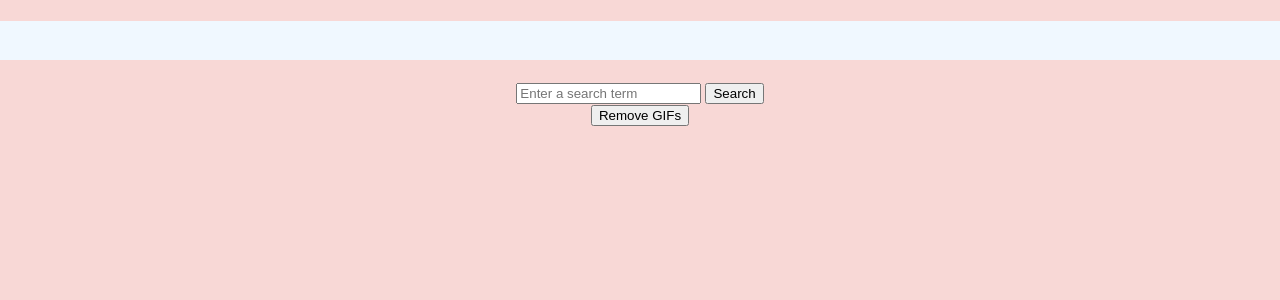
Repository: rmdayberry/AJAX-Giphy-Party
Page: index.html
An editor plug-in stored every save of this project. The page is shown before and after the next save, followed by the edit.
The browser window is 1280 px wide. The pictures show the whole page.
Some web libraries are served in a nearby version.

Above is the page before, as saved 2024-08-06 13:02:06.

After the next save:
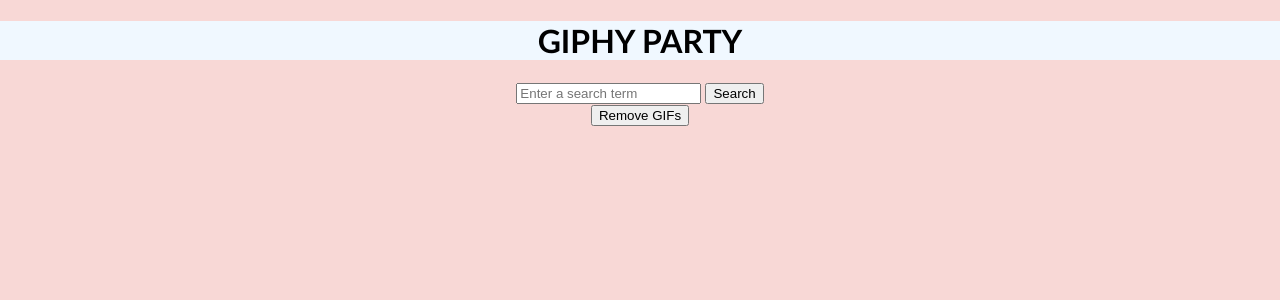
Saved 13 s later.
--- a/style.css
+++ b/style.css
@@ -9,5 +9,5 @@
 
 h1 {
   background-color: aliceblue;
-  color: rgba(0, 0, 0, 0);
+  color: black;
 }
